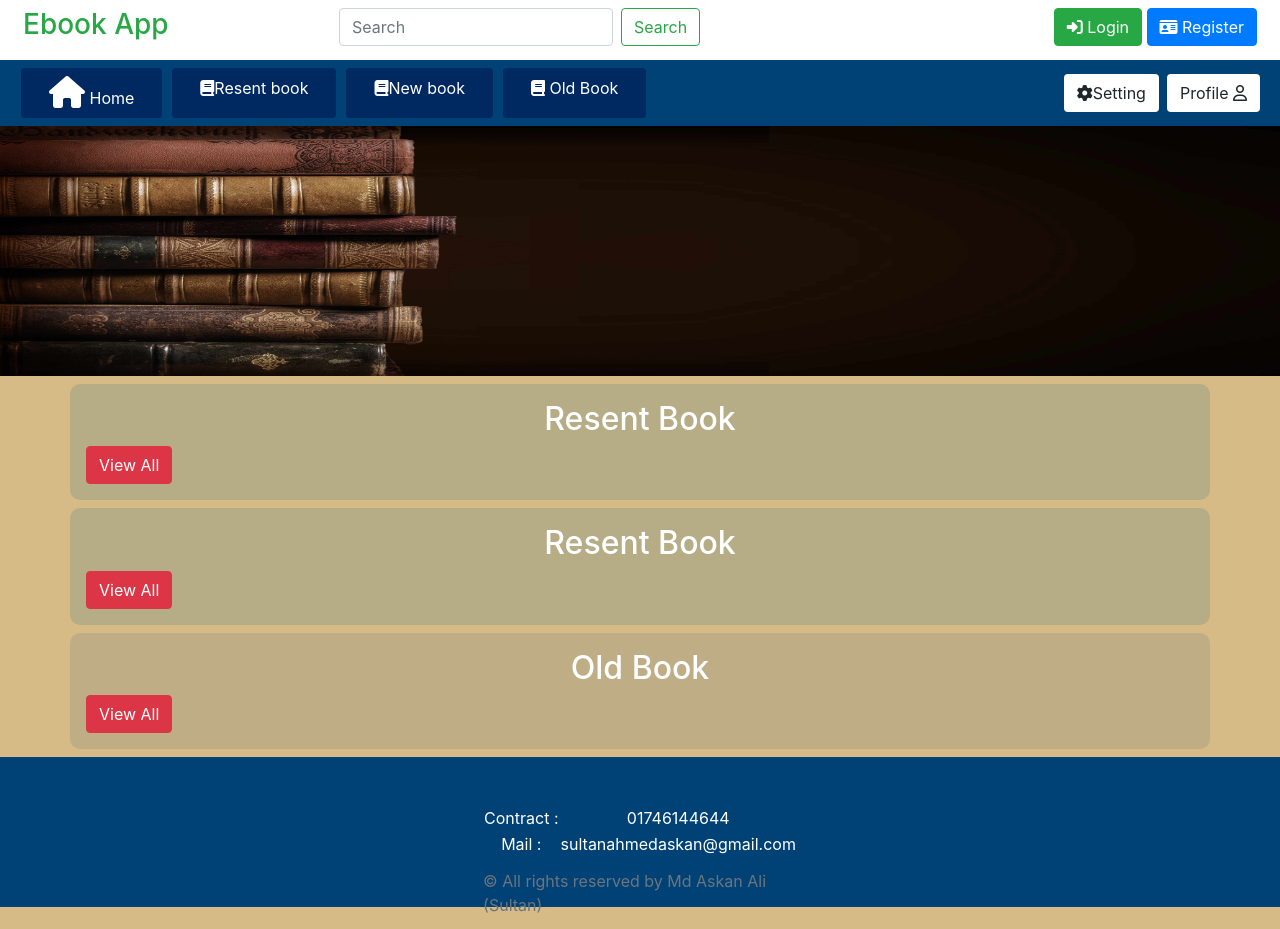
Repository: sultanaskan/EbookApp
Page: http://localhost/ebook/
The author's editor kept a copy of each file at every save. The page is drawn from the files as they stood at one save, then again after the next save.
The browser window is 1280 px wide. The pictures show the whole page.
The page is served by Tomcat 9. Queries for data that is not in the repository find no rows.

Above is the page before, as saved 2024-05-06 07:26:05.

After the next save:
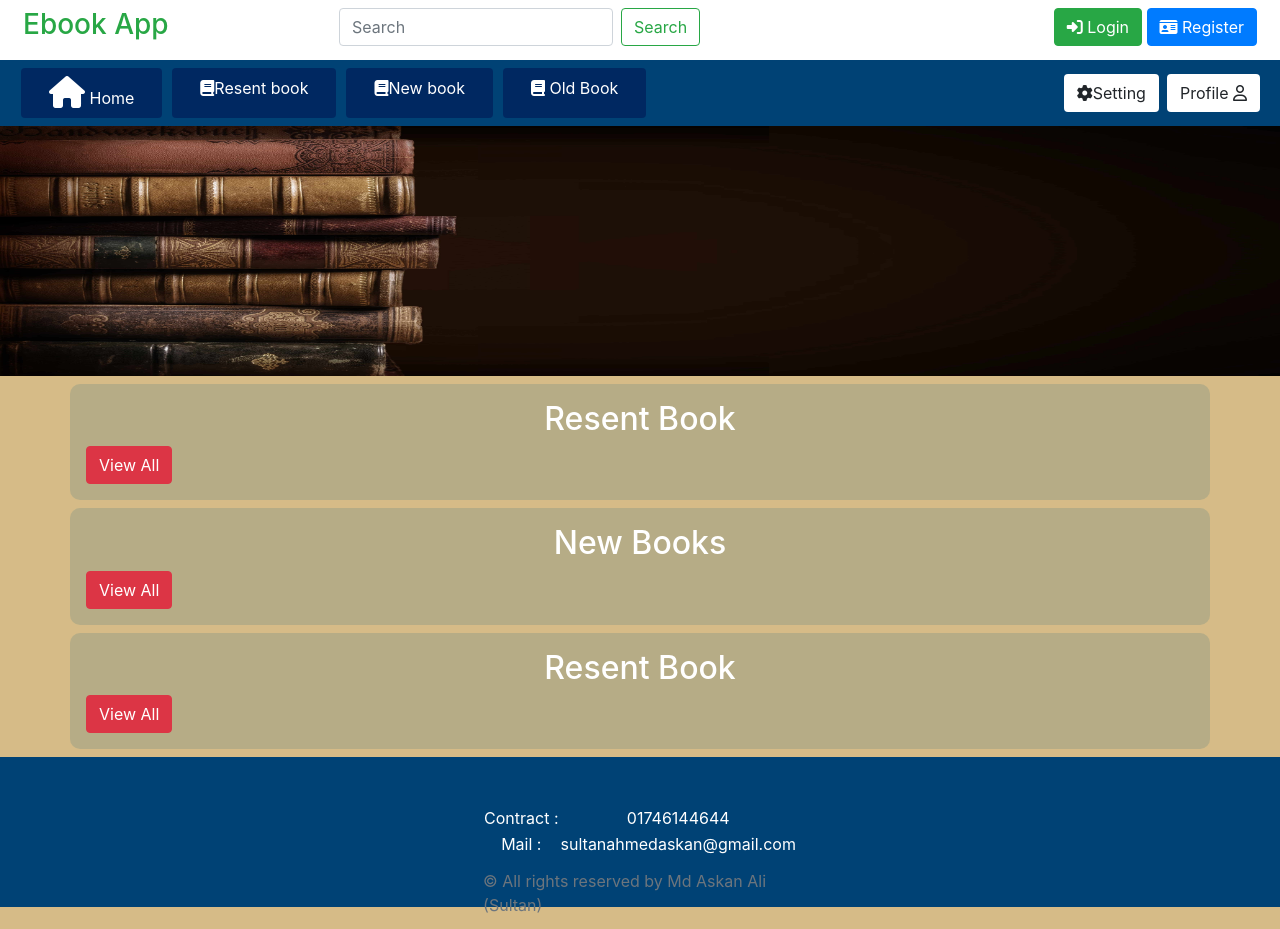
Saved 50 s later.
--- a/ebook/src/main/webapp/index.jsp
+++ b/ebook/src/main/webapp/index.jsp
@@ -121,13 +121,13 @@ if(dbconn != null){
 
 	<!-- New Book -->
 	<div class="container my-2 p-3 resentbook">
-		<h2 class="text-white text-center">Resent Book</h2>
+		<h2 class="text-white text-center">New  Books</h2>
 		<div class="row justify-content-center text-center">
 
 
 
 			<%
-			for (Book b : res) {
+			for (Book b : ne) {
 			%>
 			<div class="col-lg-3 col-md-4 col-sm-6 my-2">
 				<div class="card">
@@ -189,25 +189,55 @@ if(dbconn != null){
 
 
 	<!-- Old Book -->
-	<div class="container my-2 p-3 oldbook">
-		<h2 class="text-white text-center">Old Book</h2>
+	<div class="container my-2 p-3 resentbook">
+		<h2 class="text-white text-center">Resent Book</h2>
 		<div class="row justify-content-center text-center">
 
-			<%
-			for (Book ob : old) {
+
+
+			<%
+			for (Book b : res) {
 			%>
 			<div class="col-lg-3 col-md-4 col-sm-6 my-2">
 				<div class="card">
 					<div class="card-body">
-						<img class="gcardbook" alt="book" src="components/img/ben.png">
+						<img class="gcardbook" alt="book" src="books/<%=b.getFile()%>">
 						<p>
-							Book Name:<%=ob.getName()%>
-							<br> Author Name:
-							<%=ob.getAuthor()%><br> Categories:
-							<%=ob.getCat()%>
+							Book Name:
+							<%=b.getName()%>
+							<br> Author Name:<%=b.getAuthor()%>
+							<br> Categories:
+							<%=b.getCat()%>
 						</p>
 						<div class="row text-center justify-content-center">
-							<a class="btn btn-danger btn-sm m-1">Add Card</a> <a
+							<c:if test="${not empty logedin  }">
+								<%
+								Cart c = dao.chackCartByUB(b.getBid(), u.getUid());
+								if (c != null) {
+								%>
+								<a class="disabled btn btn-danger btn-sm m-1">Add Card</a>
+
+								<%
+								} else if( c==null){
+								%>
+
+								<a
+									href="addcartservlet?bid=<%=b.getBid()%>&uid=<%=u.getUid()%>&bname=<%=b.getName()%>&author=<%=b.getAuthor()%>&price=<%=b.getPrice()%>&address=<%=u.getAddress()%>&phone=<%=u.getPhone()%>&email=<%=b.getEmail()%>"
+									class="btn btn-danger btn-sm m-1">Add Card</a>
+								<%
+								}
+								%>
+							</c:if>
+
+
+
+
+							<c:if test="${empty logedin }">
+
+								<a href="login.jsp" class=" btn btn-danger btn-sm m-1">Add
+									Card</a>
+							</c:if>
+							<a href="viewdetails.jsp?bid=<%=b.getBid()%>"
 								class="btn btn-primary btn-sm m-1">View Details</a> <a
 								class="btn btn-success btn-sm m-1">999</a>
 						</div>
@@ -220,7 +250,6 @@ if(dbconn != null){
 
 
 
-
 		</div>
 		<a class="self-align-center  y-2 btn btn-danger">View All</a>
 	</div>
@@ -228,6 +257,7 @@ if(dbconn != null){
 
 
 
+
 	<%@include file="components/footer.jsp"%>
 </body>
 </html>
